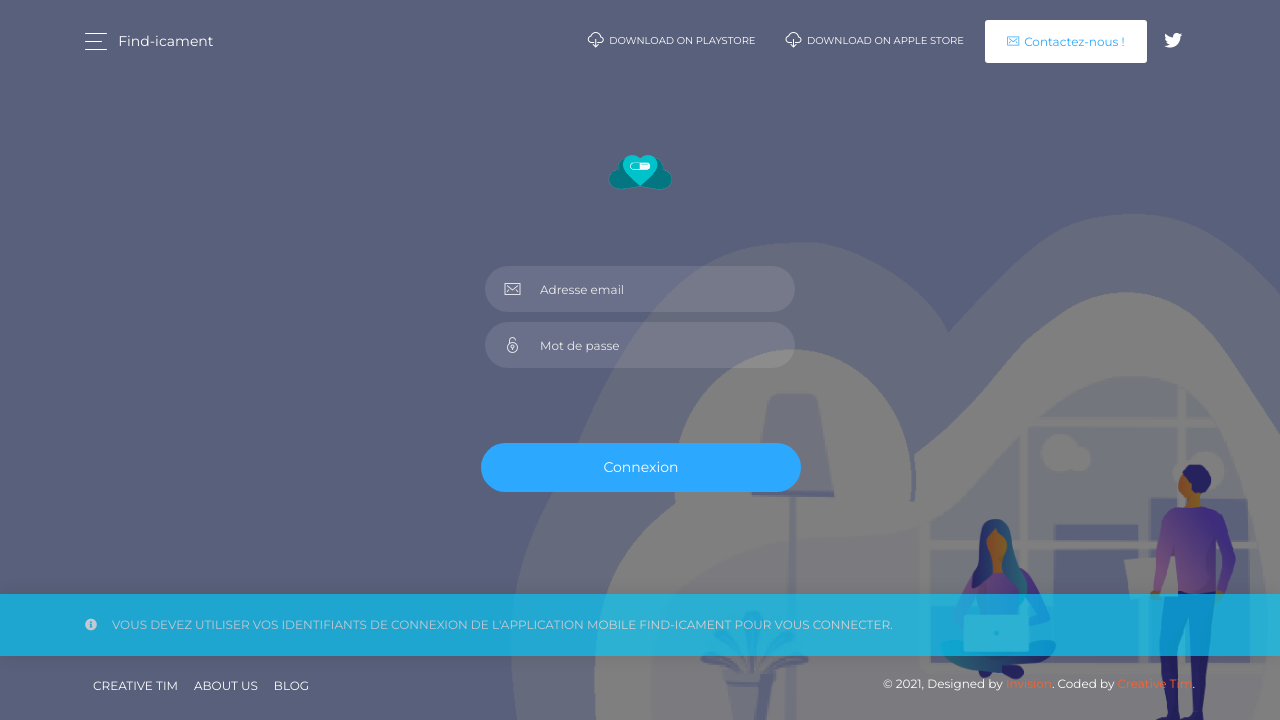
Repository: sdeschaepmeester/samanthawebsite
Page: /login-page
These files come from the project's save history. The page is drawn as it stood at one moment and after the next save; the edit follows.
The browser window is 1280 px wide. The pictures show the whole page.
The project was rebuilt for these pictures with package versions that can differ from the ones it lists, and the page was loaded fresh each time. Also part of the build but not shown: src/assets/demo/nucleo-icons-page-styles.css, src/components/Navbars/IndexNavbar.js, src/components/Headers/IndexHeader.js, src/components/Footers/DarkFooter.js, src/views/index-sections/Images.js, src/views/index-sections/Introduction.js, src/views/index-sections/BasicElements.js, src/views/index-sections/Navbars.js and 20 more.

Above is the page before, as saved 2021-06-01 11:12:23.

After the next save:
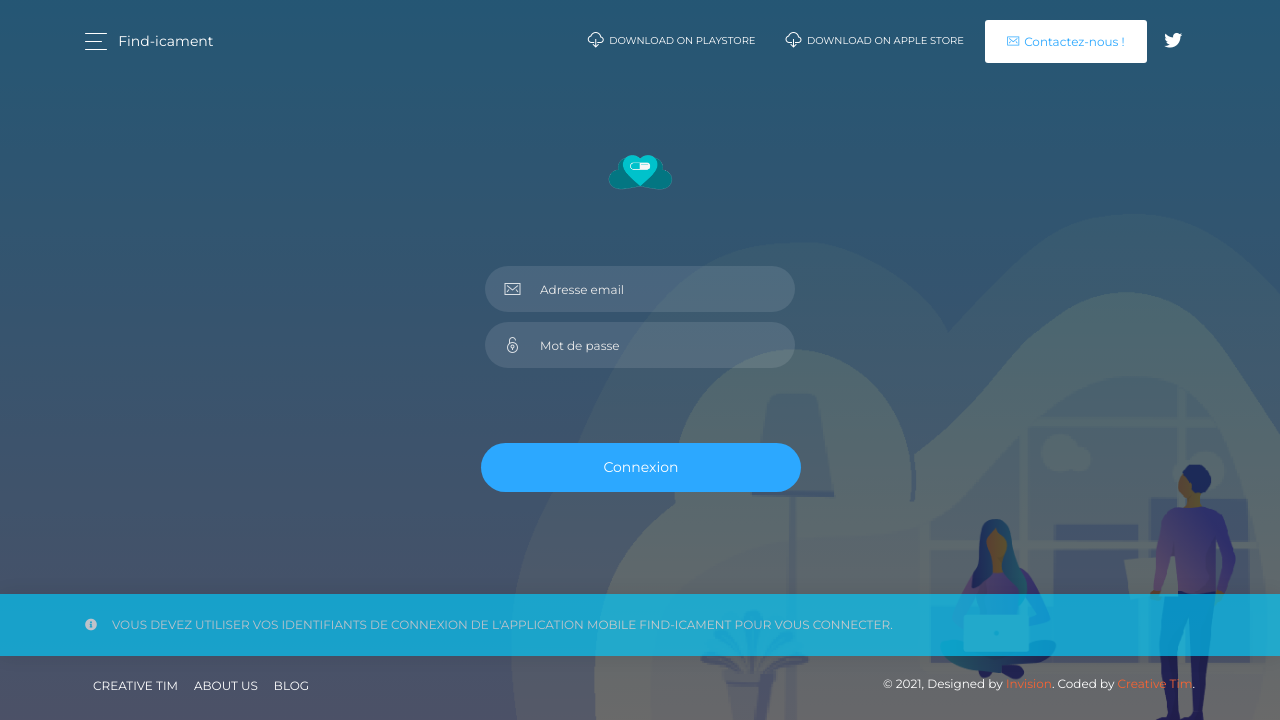
Saved 2 min 6 s later.
--- a/src/views/examples/LoginPage.js
+++ b/src/views/examples/LoginPage.js
@@ -51,7 +51,7 @@
   return (
     <>
       <NavbarLogin />
-      <div className="page-header" >
+      <div className="page-header clear-filter" filter-color="blue" >
         <div
           className="page-header-image"
           style={{

After the save that followed:
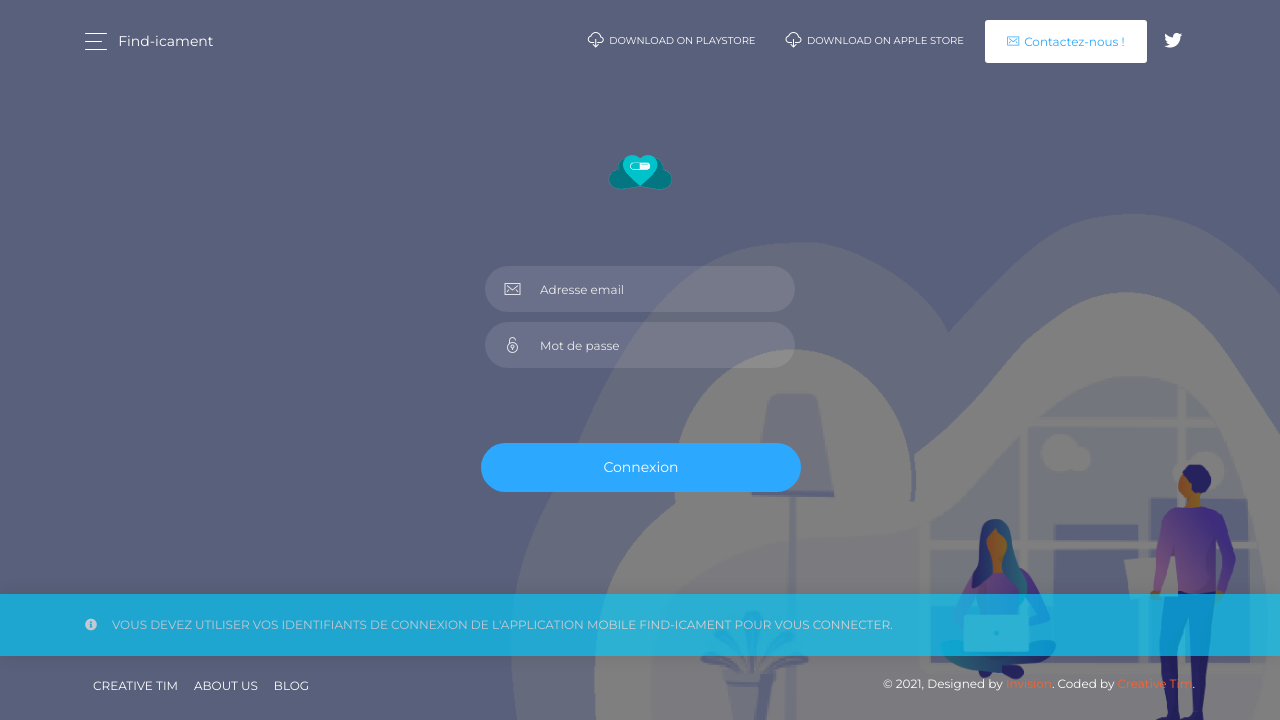
Saved 21 s later.
--- a/src/views/examples/LoginPage.js
+++ b/src/views/examples/LoginPage.js
@@ -51,7 +51,7 @@
   return (
     <>
       <NavbarLogin />
-      <div className="page-header clear-filter" filter-color="blue" >
+      <div className="page-header clear-filter" filter-color="white" >
         <div
           className="page-header-image"
           style={{
